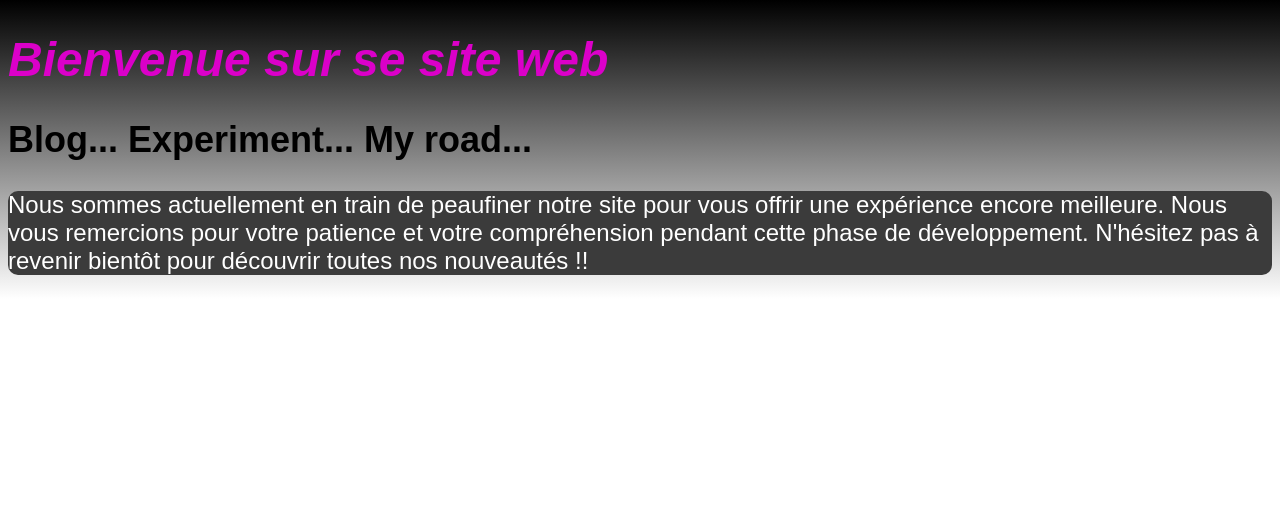
Repository: ValetteEvan/PersonalWebApp
Page: index.html
The author's editor kept a copy of each file at every save. The page is drawn from the files as they stood at one save, then again after the next save.
The browser window is 1280 px wide. The pictures show the whole page.

Above is the page before, as saved 2025-01-07 18:07:44.

After the next save:
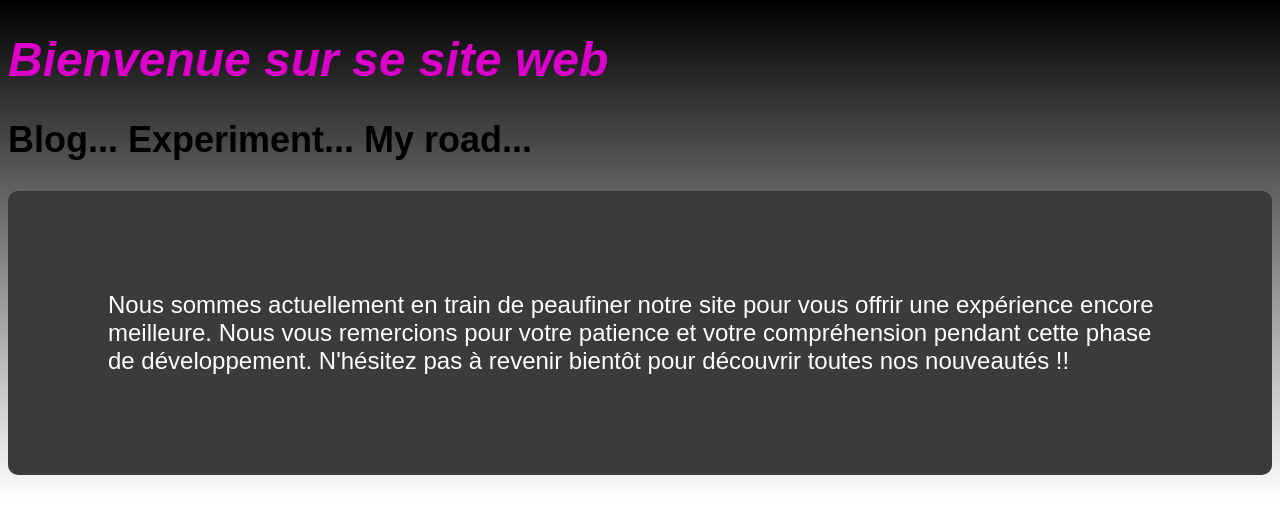
Saved 15 s later.
--- a/style.css
+++ b/style.css
@@ -24,5 +24,6 @@ h1 {
 
     background-color: rgb(59, 59, 59);
     color: #ffffff;
+    padding: 100px;
     border-radius: 10px;
 }
